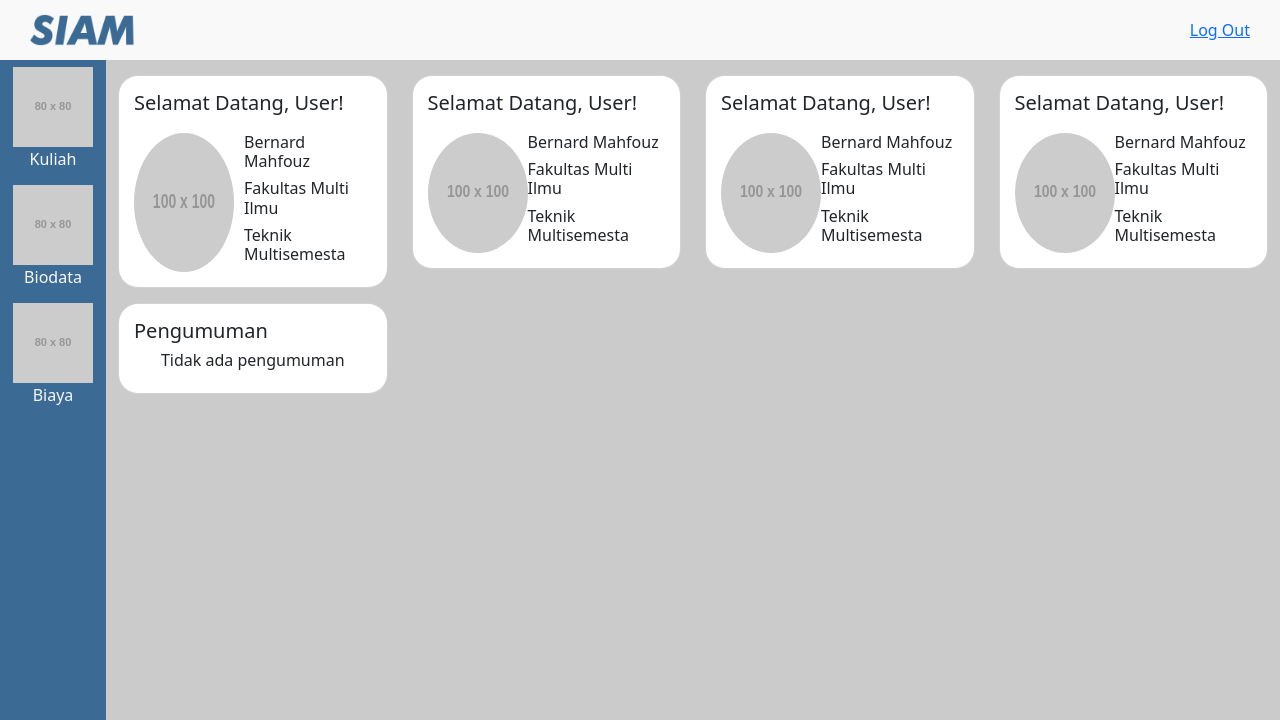
Repository: haikalirf/Project-IMK
Page: kuliah.html
These files come from the project's save history. The page is drawn as it stood at one moment and after the next save; the edit follows.
The browser window is 1280 px wide. The pictures show the whole page.

Above is the page before, as saved 2022-12-10 19:08:19.

After the next save:
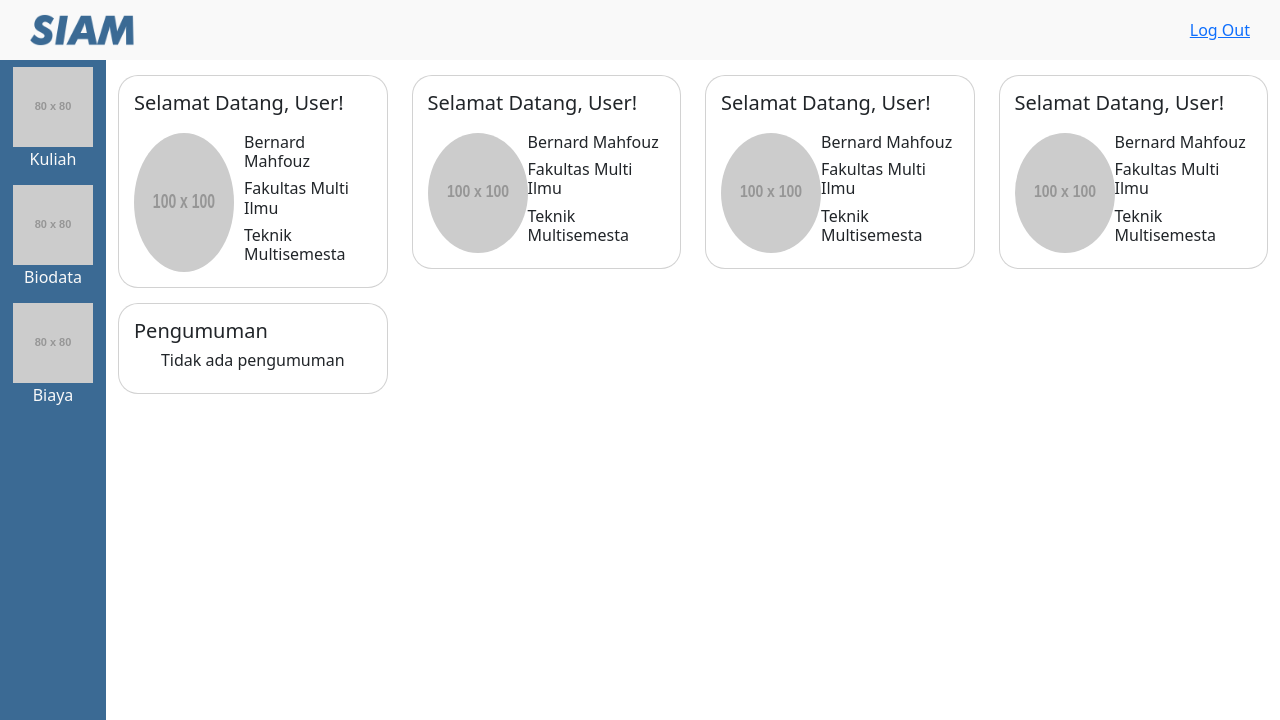
Saved 34 s later.
--- a/styles/kuliah.css
+++ b/styles/kuliah.css
@@ -4,6 +4,10 @@ html {
 
 *, *:before, *:after {
 	box-sizing: inherit;
+}
+
+body {
+	back
 }
 
 #navbar {
@@ -21,7 +25,6 @@ html {
 }
 
 main {
-	background-color: #cbcbcb;
 	padding-top: 60px;
 	display: flex;
 	height: 100vh;

After the save that followed:
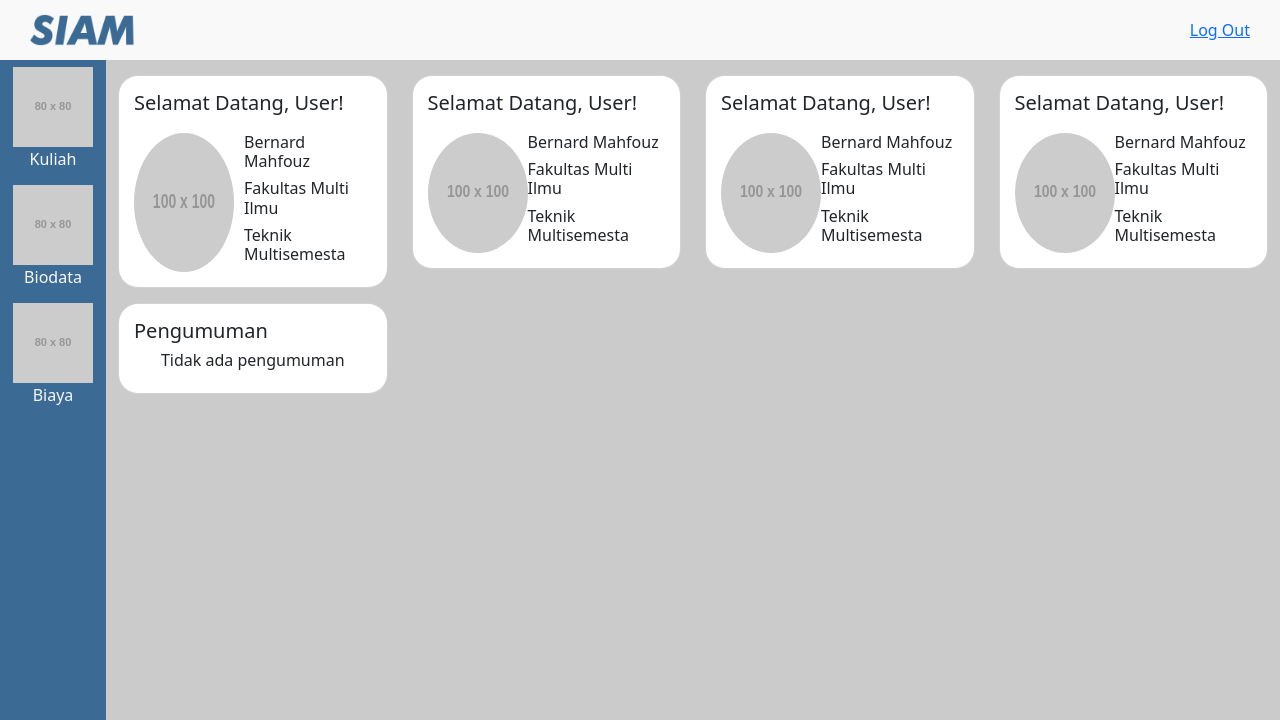
Saved 11 s later.
--- a/styles/kuliah.css
+++ b/styles/kuliah.css
@@ -7,7 +7,7 @@ html {
 }
 
 body {
-	back
+	background-color: #cbcbcb;
 }
 
 #navbar {
